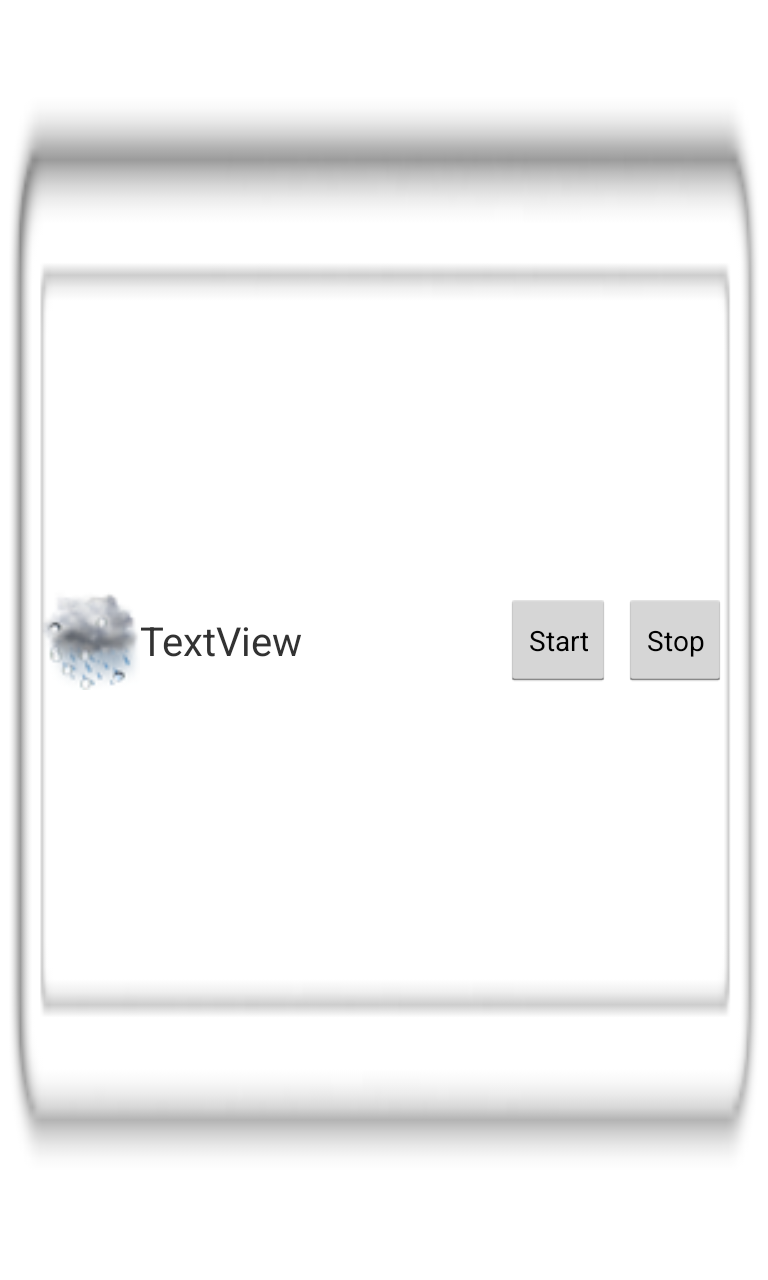
Repository: ace0625/Android-work
Layout: test-work/CountProject/res/layout/appwidget.xml
The author's editor kept a copy of each file at every save. The layout is drawn from the files as they stood at one save, then again after the next save.
It is drawn on a 768 x 1280 px phone screen (xhdpi) without system bars, with theme AppTheme; the app's code is not run.

Above is the layout before, as saved 2013-10-18 06:15:57.

### test-work/CountProject/res/layout/appwidget.xml
<?xml version="1.0" encoding="utf-8"?>
<LinearLayout xmlns:android="http://schemas.android.com/apk/res/android"
    android:layout_width="match_parent"
    android:layout_height="wrap_content"
    android:background="@drawable/sam41"
    android:gravity="center_vertical"
    android:orientation="horizontal" >

    <ImageView
        android:id="@+id/imageView1"
        android:layout_width="50dp"
        android:layout_height="50dp"
        android:layout_marginLeft="20dp"
        android:src="@drawable/rain" />

    <TextView
        android:id="@+id/textView1"
        android:layout_width="0dp"
        android:layout_height="wrap_content"
        android:layout_weight="1"
        android:text="TextView"
        android:textSize="20sp" />

    <Button
        android:id="@+id/button1"
        style="?android:attr/buttonStyleSmall"
        android:layout_width="wrap_content"
        android:layout_height="wrap_content"
        android:layout_marginRight="5dp"
        android:text="Start" />

    <Button
        android:id="@+id/button2"
        style="?android:attr/buttonStyleSmall"
        android:layout_width="wrap_content"
        android:layout_height="wrap_content"
        android:layout_marginRight="20dp"
        android:text="Stop" />

</LinearLayout>

Loaded but not shown: test-work/CountProject/res/values/styles.xml (common file); test-work/CountProject/res/values-v11/styles.xml (common file); test-work/CountProject/res/values-v14/styles.xml (common file)

After the next save:
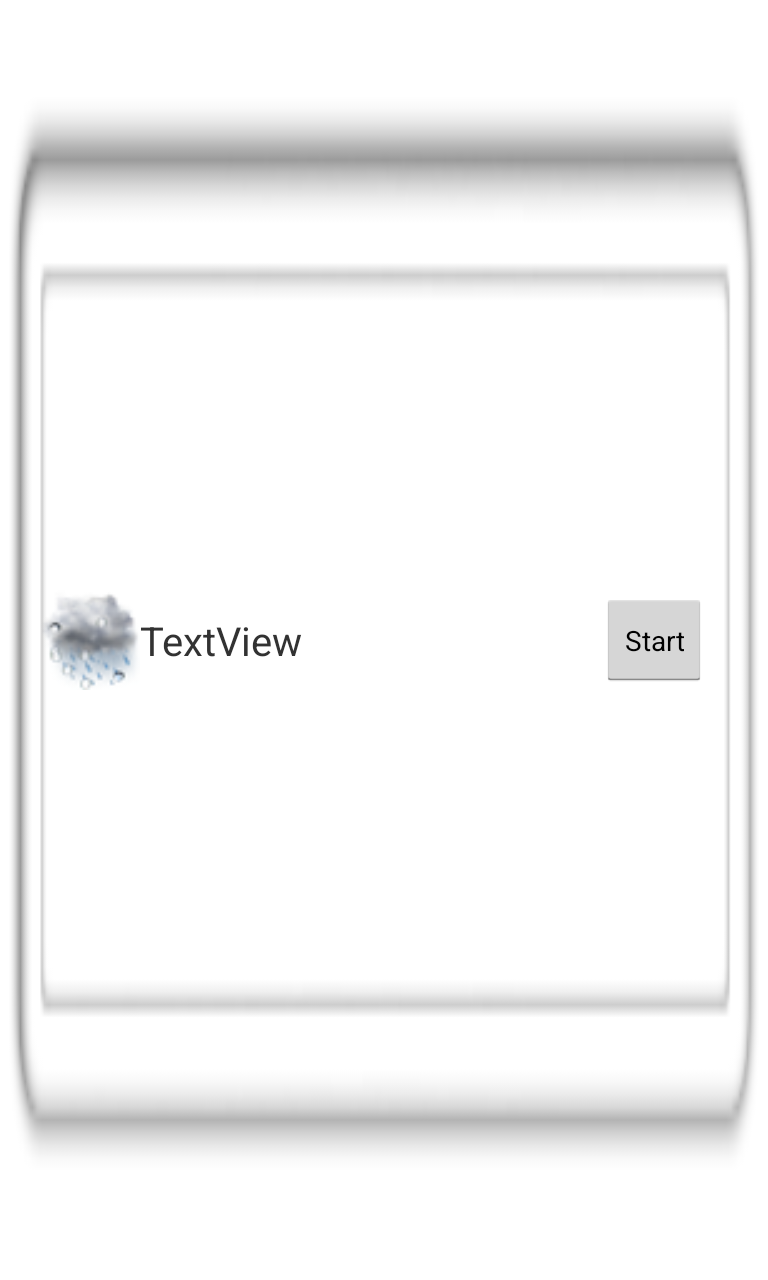
Saved 8 min 25 s later.
--- a/test-work/CountProject/res/layout/appwidget.xml
+++ b/test-work/CountProject/res/layout/appwidget.xml
@@ -26,15 +26,7 @@
         style="?android:attr/buttonStyleSmall"
         android:layout_width="wrap_content"
         android:layout_height="wrap_content"
-        android:layout_marginRight="5dp"
+        android:layout_marginRight="30dp"
         android:text="Start" />
 
-    <Button
-        android:id="@+id/button2"
-        style="?android:attr/buttonStyleSmall"
-        android:layout_width="wrap_content"
-        android:layout_height="wrap_content"
-        android:layout_marginRight="20dp"
-        android:text="Stop" />
-
 </LinearLayout>
